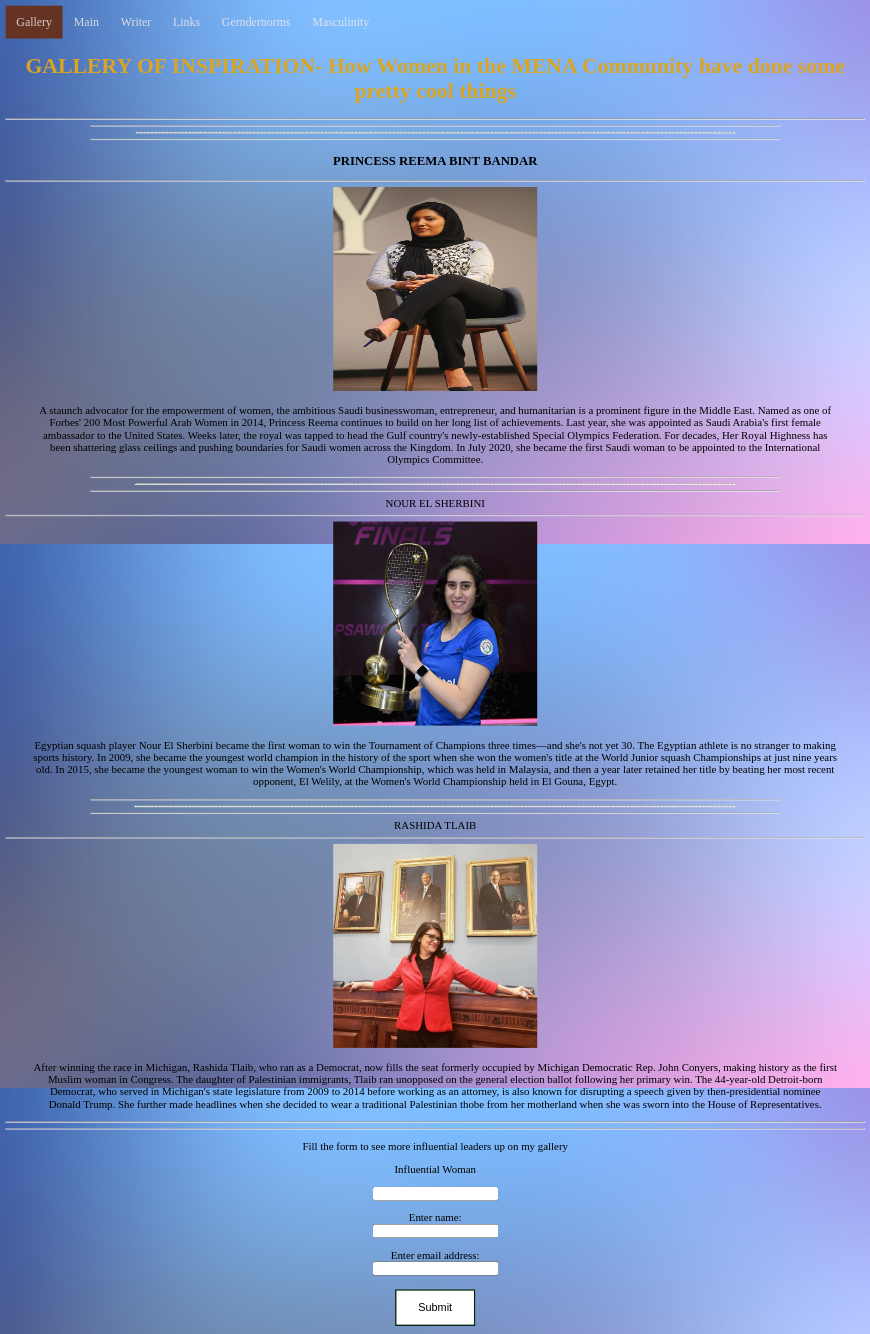
Repository: Lujaina-E/womens-rights-site
Page: gallery.html
An editor plug-in stored every save of this project. The page is shown before and after the next save, followed by the edit.
The browser window is 1280 px wide. The pictures show the whole page, at 68% of full size.
Backgrounds fixed to the window are drawn as part of the page.

Above is the page before, as saved 2022-07-26 00:04:24.

After the next save:
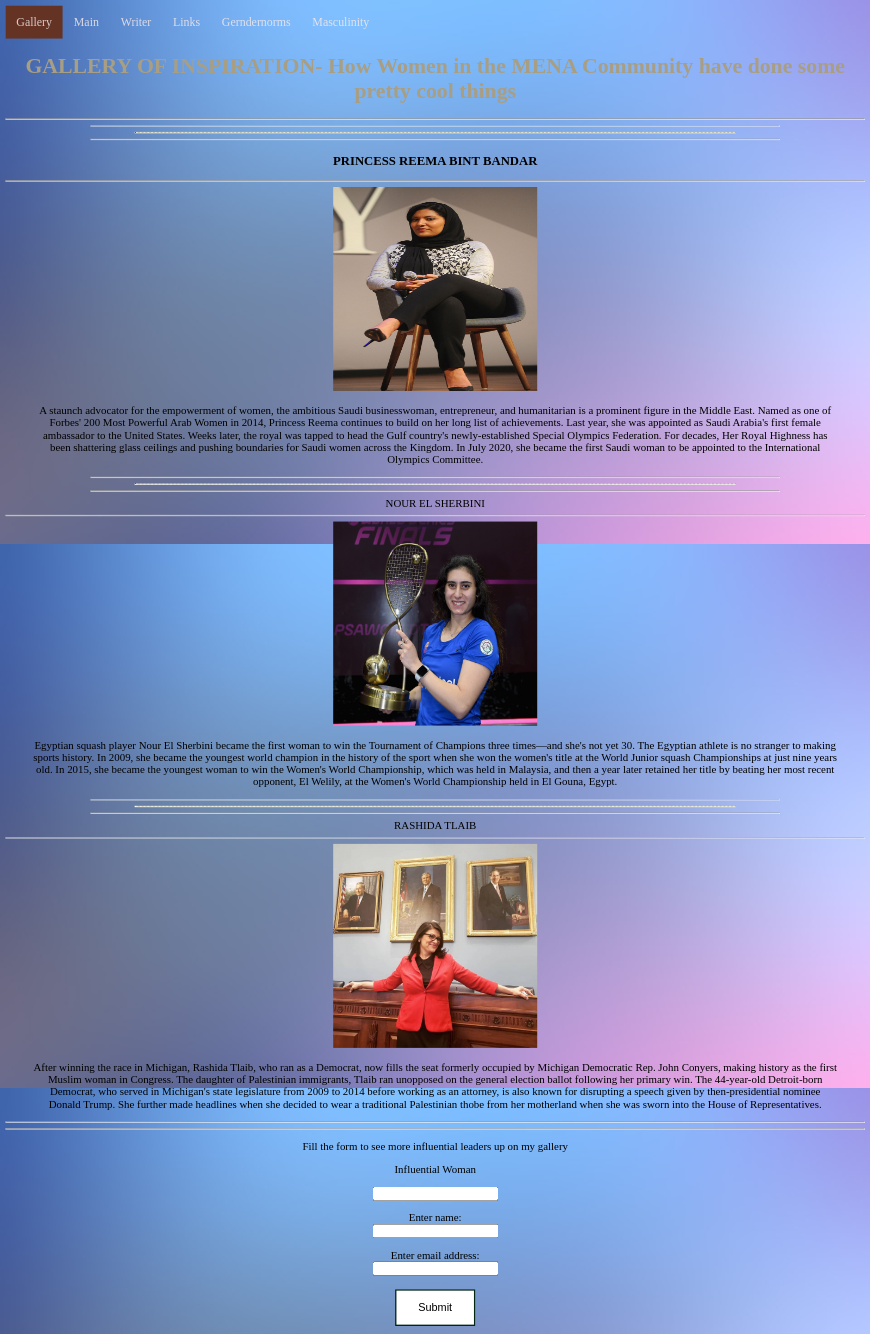
Saved 33 s later.
--- a/galleryStyle.css
+++ b/galleryStyle.css
@@ -33,7 +33,7 @@
         }
 
         #pageTitle{
-          color: goldenrod;
+          color: rgb(168, 158, 132);
         }
 
         .galleryPhoto{
